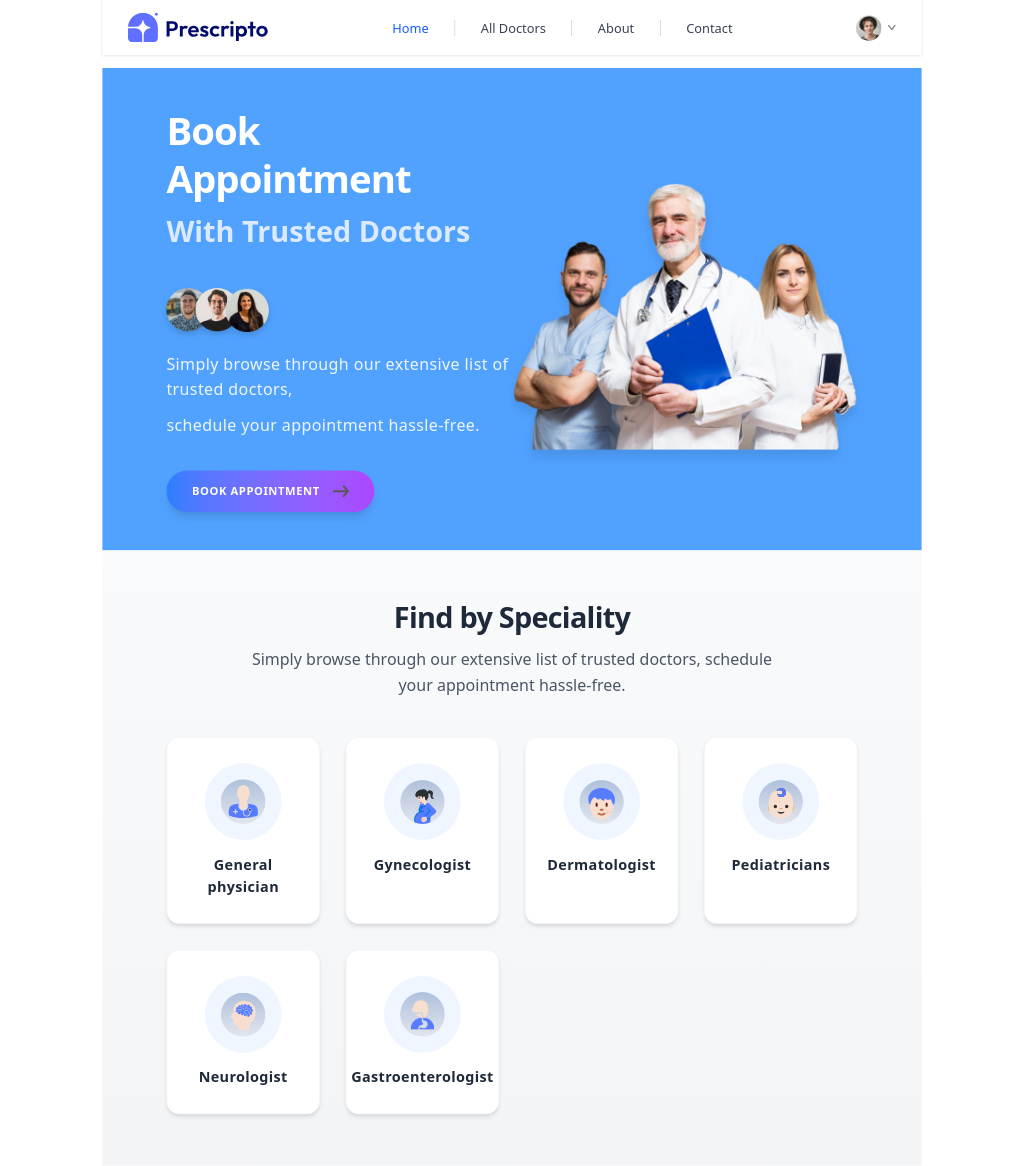
Repository: Pran2535/appointement_booking
Page: / (app in frontend/)
These files come from the project's save history. The page is drawn as it stood at one moment and after the next save; the edit follows.
The browser window is 1280 px wide. The pictures show the whole page, at 80% of full size.
The project was rebuilt for these pictures with package versions that can differ from the ones it lists, and the page was loaded fresh each time. Also part of the build but not shown: frontend/vite.config.js, frontend/src/pages/About.jsx, frontend/src/pages/MyAppointments.jsx, frontend/src/pages/Doctors.jsx, frontend/src/pages/Login.jsx, frontend/src/pages/Contact.jsx, frontend/src/pages/MyProfile.jsx, frontend/src/pages/Appointment.jsx.

Above is the page before, as saved 2025-02-16 21:17:41.

### frontend/index.html
<!doctype html>
<html lang="en">
  <head>
    <meta charset="UTF-8" />
    <link rel="icon" type="image/svg+xml" href="/vite.svg" />
    <meta name="viewport" content="width=device-width, initial-scale=1.0" />
    <title>Mishra healthcare</title>
  </head>
  <body>
    <div id="root"></div>
    <script type="module" src="/src/main.jsx"></script>
  </body>
</html>

### frontend/src/main.jsx
import { StrictMode } from 'react'
import { createRoot } from 'react-dom/client'
import './index.css'
import App from './App.jsx'
import { BrowserRouter } from 'react-router-dom'

createRoot(document.getElementById('root')).render(
<BrowserRouter>
    <App />
  </BrowserRouter>,
)

### frontend/src/App.jsx
import React from 'react'
import { Route, Routes } from 'react-router-dom'
import Home from './pages/Home'
import About from './pages/About'
import MyAppointments from './pages/MyAppointments'
import Doctors from './pages/Doctors'
import Login from './pages/Login'
import Contact from './pages/Contact'
import MyProfile from './pages/MyProfile'
import Appointment from './pages/Appointment'
import Navbar from './components/Navbar'

const App = () => {
  return (
    <div className='mx-4 sm:mx-[10%]'>
      <Navbar/>{ /* mounted navbar component before routes so that it gets displayed over the all routes */}
      <Routes>
        <Route path='/' element={<Home />} />
        <Route path='/about' element={<About />} />
        <Route path='/my-appointments' element={<MyAppointments />} />
        <Route path='/doctors' element={<Doctors/>}/>
        <Route path='/doctors/:speciality' element={<Doctors/>}/>
        <Route path ='/login' element={<Login/>}/>
        <Route path='/contact' element={<Contact/>}/>
        <Route path ='/my-profile' element={<MyProfile/>}/>
        <Route path ='/appointments/:docId' element={<Appointment/>}/>
      </Routes>
    </div>
  )
}

export default App

### frontend/src/pages/Home.jsx
import React from 'react'
import Header from '../components/Header'
import SpecialityMenu from '../components/SpecialityMenu'

const Home = () => {
  return (
    <div>
      <Header/>
      <SpecialityMenu/>
    </div>
  )
}

export default Home

### frontend/src/components/Navbar.jsx
import React, { useState } from 'react'
import { NavLink, useNavigate } from 'react-router-dom'
import { assets } from '../assets/assets'

const links = [
  { to: '/', label: 'Home' },
  { to: '/doctors', label: 'All Doctors' },
  { to: '/about', label: 'About' },
  { to: '/contact', label: 'Contact' }
]

const Navbar = () => {
  const navigate = useNavigate();
  const [showMenu, setShowMenu]=useState(false);
  const [token,setToken]=useState(true);


  return (
    <nav className="sticky top-0 bg-white shadow-sm z-50">
      <div className="max-w-7xl mx-auto px-4 sm:px-6 lg:px-8 py-4 flex items-center justify-between">
        {/* Logo */}
        <div className="flex-shrink-0">
          <img
            className="w-32 md:w-40 lg:w-44 h-auto cursor-pointer transition-transform hover:scale-105"
            src={assets.logo}
            alt="Company Logo"
          />
        </div>

        {/* Navigation Links */}
        <div className="hidden md:block">
          <ul className="flex items-center space-x-8">
            {links.map((l, i) => (
              <React.Fragment key={l.to}>
                <NavLink
                  to={l.to}
                  className={({ isActive }) =>
                    `font-medium transition-colors duration-200 hover:text-blue-600 ${
                      isActive ? 'text-blue-600' : 'text-gray-700'
                    }`
                  }
                >
                  {l.label}
                </NavLink>
                {i < links.length - 1 && (
                  <div className="h-5 w-px bg-gray-300" aria-hidden="true" />
                )}
              </React.Fragment>
            ))}
          </ul>
        </div>

        {/* CTA Button */}
        <div className="flex items-center gap-4">
            {
                token?
                <div className='flex items-center gap-2 cursor-pointer group relative' >
                    <img className='w-8 rounded-full' src={assets.profile_pic} alt="" />
                    <img className='w-2.5 ' src={assets.dropdown_icon} alt="" />
                    <div className='absolute top-0 right-0 pt-14 text-base font-medium text-gray-600 z-20 hidden group-hover:block'>
                        <div className='min-w-48 bg-stone-100 rounded flex flex-col gap-4 p-4'>
                            <p onClick={()=>navigate('/my-appointments')} className='hover:text-black cursor-pointer'>My Appointments</p>
                            <p onClick={()=>navigate('/my-profile')} className='hover:text-black cursor-pointer'>My Profile</p>
                            <p onClick={()=>setToken(false)} className='hover:text-black cursor-pointer'>Logout</p>
                        </div>
                    </div>
                </div>

                :
                 <button
            onClick={() => navigate('/login')}
            className="hidden cursor-pointer md:block bg-blue-600 hover:bg-blue-700 text-white px-6 py-3 rounded-full font-semibold transition-colors duration-200 focus:outline-none focus:ring-2 focus:ring-blue-500 focus:ring-offset-2 shadow-md"
          >
            Create Account
          </button>
            }

        </div>
      </div>
    </nav>
  )
}

export default Navbar

### frontend/src/components/Header.jsx
import React from 'react';
import { assets } from '../assets/assets';

const Header = () => {
  const handleScroll = (e) => {
    e.preventDefault();
    const element = document.querySelector('#speciality');
    if (element) {
      element.scrollIntoView({
        behavior: 'smooth',
        block: 'start'
      });
    }
  };

  return (
    <div className="mt-4 flex flex-col md:flex-row justify-between items-center bg-blue-400 px-6 md:px-10 lg:px-20 py-12 text-white">
      {/* Left side */}
      <div className="w-full md:w-1/2 space-y-10 mb-8 md:mb-0">
        <div className="space-y-2">
          <h1 className="text-4xl lg:text-5xl font-bold leading-tight tracking-tight">
            Book Appointment
          </h1>
          <h2 className="text-3xl lg:text-4xl font-semibold text-blue-100 leading-relaxed">
            With Trusted Doctors
          </h2>
        </div>

        <div className="space-y-6">
          <div className="flex items-center space-x-4">
            <img
              src={assets.group_profiles}
              alt="Doctor Profiles"
              className="w-32 h-auto object-contain drop-shadow-lg"
            />
          </div>

          <div className="space-y-3">
            <p className="text-lg md:text-xl text-blue-50 leading-relaxed font-light tracking-wide">
              Simply browse through our extensive list of trusted doctors,
            </p>
            <p className="text-lg md:text-xl text-blue-50 leading-relaxed font-light tracking-wide">
              schedule your appointment hassle-free.
            </p>
          </div>
        </div>

        <a
          href="#speciality"
          onClick={handleScroll}
          className="inline-flex items-center space-x-4 bg-gradient-to-r from-blue-500 to-purple-500 hover:from-blue-600 hover:to-purple-600 text-white font-bold uppercase px-8 py-4 rounded-full shadow-lg transition-all duration-300 hover:scale-105 tracking-wider text-sm"
        >
          <span>Book Appointment</span>
          <img
            src={assets.arrow_icon}
            alt="Arrow"
            className="w-5 h-5 transform group-hover:translate-x-1 transition-transform"
          />
        </a>
      </div>

      {/* Right side */}
      <div className="w-full md:w-1/2 flex justify-center md:justify-end mt-8 md:mt-0">
        <img
          src={assets.header_img}
          alt="Header illustration"
          className="w-full max-w-lg h-auto object-contain drop-shadow-xl"
        />
      </div>
    </div>
  );
};

export default Header;

### frontend/src/components/SpecialityMenu.jsx
import React from 'react';
import { specialityData } from '../assets/assets';
import { Link } from 'react-router-dom';

const SpecialityMenu = () => {
  return (
    <div id="speciality" className="px-6 md:px-12 lg:px-20 py-16 bg-gradient-to-b from-gray-50 to-gray-100">
      <div className="max-w-6xl mx-auto">
        <div className="text-center space-y-4 mb-12">
          <h1 className="text-3xl md:text-4xl font-bold text-gray-800 tracking-tight">
            Find by Speciality
          </h1>
          <p className="text-lg md:text-xl text-gray-600 max-w-2xl mx-auto leading-relaxed font-light">
            Simply browse through our extensive list of trusted doctors,
            schedule your appointment hassle-free.
          </p>
        </div>

        <div className="grid grid-cols-2 sm:grid-cols-3 md:grid-cols-4 gap-6 md:gap-8">
          {specialityData.map((item, index) => (
            <Link
              key={index}
              to={`/doctors/${item.speciality}`}
              className="group flex flex-col items-center bg-white p-6 md:p-8 rounded-2xl shadow-md hover:shadow-xl transition-all duration-300 hover:scale-105 border border-gray-100"
            >
              <div className="w-20 h-20 md:w-24 md:h-24 rounded-full bg-blue-50 flex items-center justify-center mb-4 group-hover:bg-blue-100 transition-colors duration-300">
                <img
                  src={item.image}
                  alt={item.speciality}
                  className="w-12 h-12 md:w-14 md:h-14 object-contain"
                />
              </div>
              <p className="text-lg font-semibold text-gray-800 text-center tracking-wide group-hover:text-blue-600 transition-colors duration-300">
                {item.speciality}
              </p>
            </Link>
          ))}
        </div>
      </div>
    </div>
  );
};

export default SpecialityMenu;

Loaded but not shown: frontend/src/index.css (common file); frontend/src/assets/assets.js (299 lines, source omitted)

After the next save:
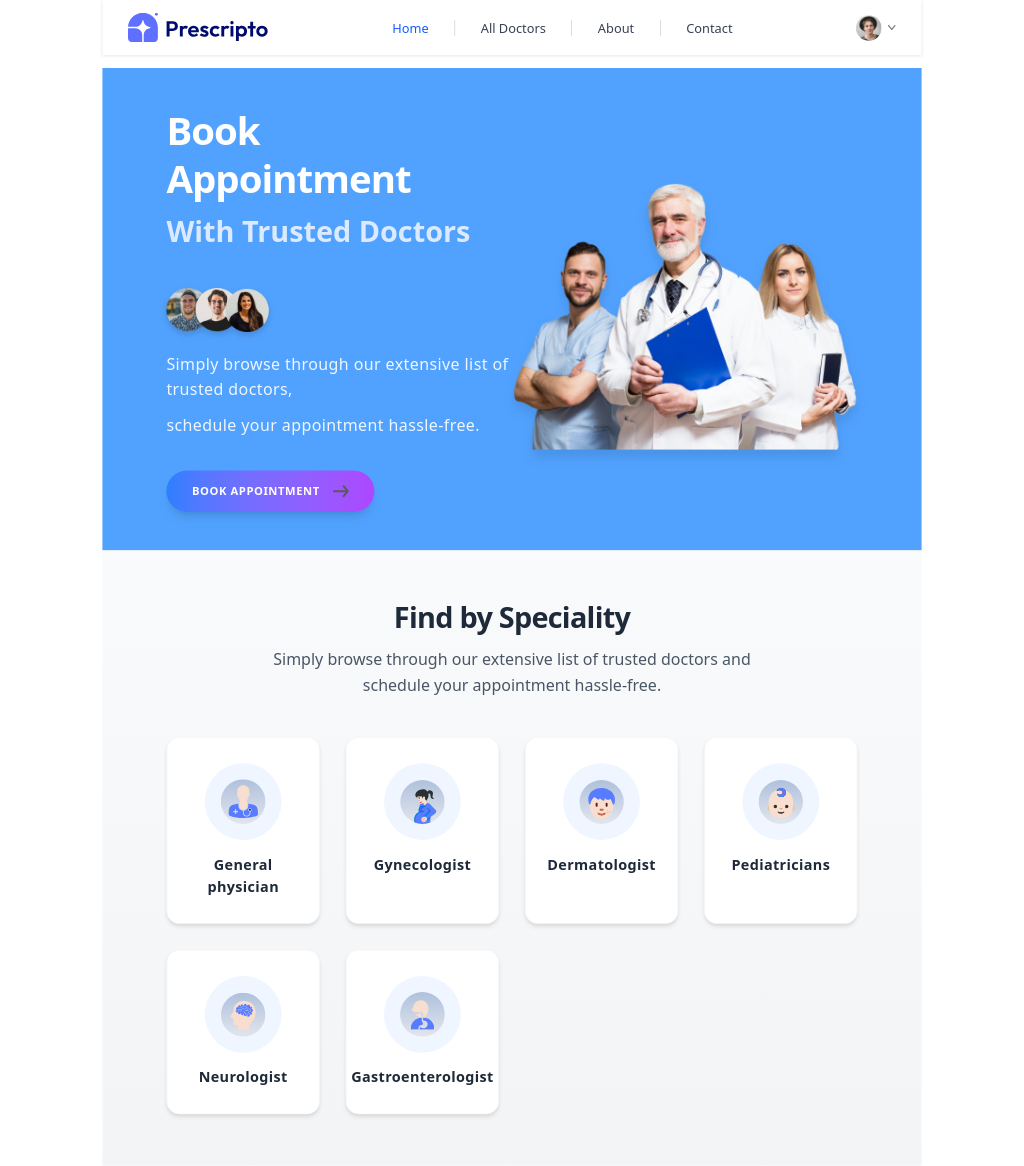
Saved 60 s later.
--- a/frontend/src/components/SpecialityMenu.jsx
+++ b/frontend/src/components/SpecialityMenu.jsx
@@ -4,18 +4,22 @@ import { Link } from 'react-router-dom';
 
 const SpecialityMenu = () => {
   return (
-    <div id="speciality" className="px-6 md:px-12 lg:px-20 py-16 bg-gradient-to-b from-gray-50 to-gray-100">
+    <section
+      id="speciality"
+      className="px-6 md:px-12 lg:px-20 py-16 bg-gradient-to-b from-gray-50 to-gray-100"
+    >
       <div className="max-w-6xl mx-auto">
-        <div className="text-center space-y-4 mb-12">
+        {/* Header Section */}
+        <header className="text-center space-y-4 mb-12">
           <h1 className="text-3xl md:text-4xl font-bold text-gray-800 tracking-tight">
             Find by Speciality
           </h1>
           <p className="text-lg md:text-xl text-gray-600 max-w-2xl mx-auto leading-relaxed font-light">
-            Simply browse through our extensive list of trusted doctors,
-            schedule your appointment hassle-free.
+            Simply browse through our extensive list of trusted doctors and schedule your appointment hassle-free.
           </p>
-        </div>
+        </header>
 
+        {/* Speciality Grid */}
         <div className="grid grid-cols-2 sm:grid-cols-3 md:grid-cols-4 gap-6 md:gap-8">
           {specialityData.map((item, index) => (
             <Link
@@ -37,7 +41,7 @@ const SpecialityMenu = () => {
           ))}
         </div>
       </div>
-    </div>
+    </section>
   );
 };
 
